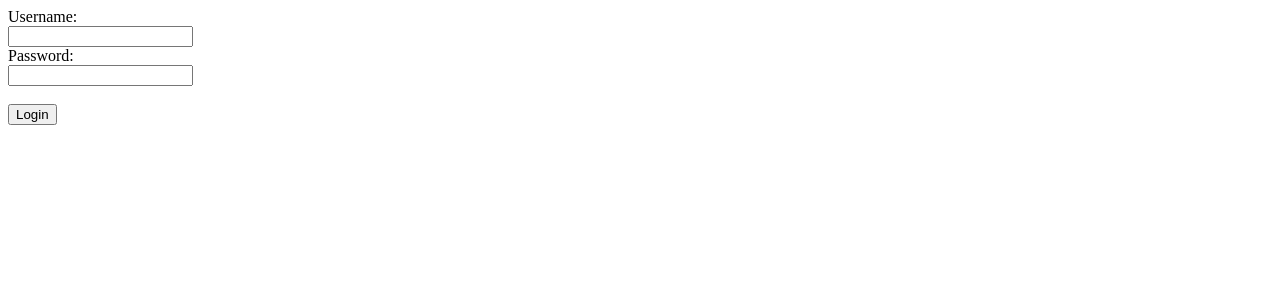
Repository: anmolvid/ServletProject
Page: LoginRegistrationApp/WebContent/index.html
The author's editor kept a copy of each file at every save. The page is drawn from the files as they stood at one save, then again after the next save.
The browser window is 1280 px wide. The pictures show the whole page.

Above is the page before, as saved 2019-01-22 09:00:25.

### LoginRegistrationApp/WebContent/index.html
<!DOCTYPE html>
<html>
<head>
<meta charset="UTF-8">
<title>Good Morning</title>

</head>
<body>
<form method="post", action="login">
Username:<br>
<input type="text" name="username">
<br>
Password:<br>
  <input type="text" password="password">
  <br><br>
<button type="submit" value="Login" >Login</button>


</form>
</body>
</html>

After the next save:
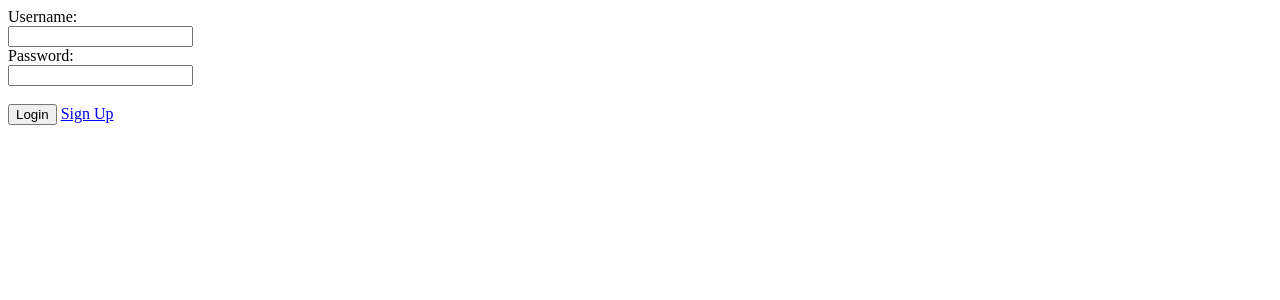
Saved 33 min 53 s later.
--- a/LoginRegistrationApp/WebContent/index.html
+++ b/LoginRegistrationApp/WebContent/index.html
@@ -14,7 +14,7 @@ Password:<br>
   <input type="text" password="password">
   <br><br>
 <button type="submit" value="Login" >Login</button>
-
+ <a href="Registration.html">Sign Up</a>
 
 </form>
 </body>
